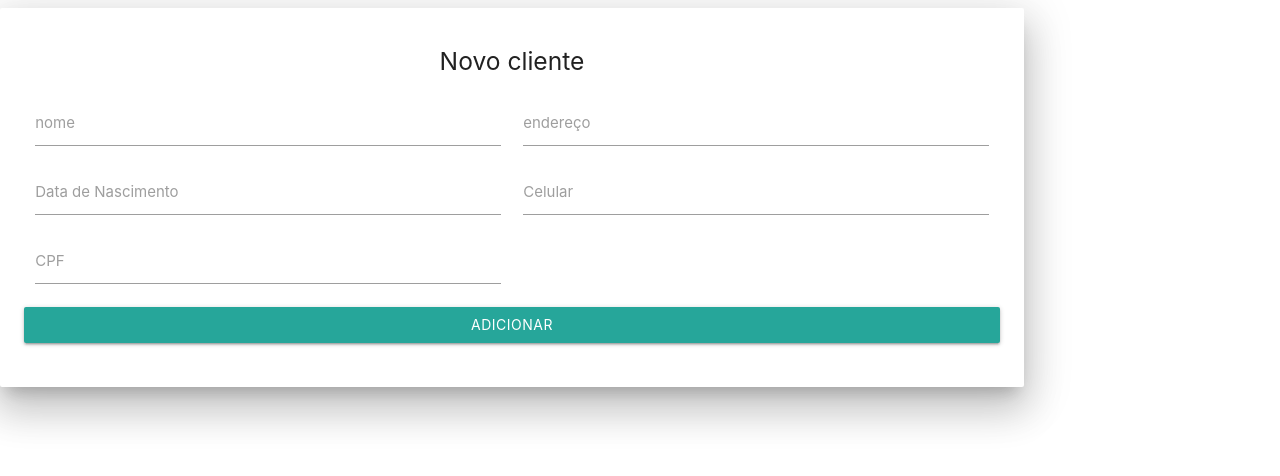
Repository: luizasilveira/TechWeb
Page: Projeto1/techWebP1/WebContent/add.html
These files come from the project's save history. The page is drawn as it stood at one moment and after the next save; the edit follows.
The browser window is 1280 px wide. The pictures show the whole page.

Above is the page before, as saved 2019-09-08 22:08:27.

### Projeto1/techWebP1/WebContent/add.html
<!DOCTYPE html>
<html>
<head>
<meta charset="ISO-8859-1">
<title>HOME</title>


<!--Import Google Icon Font-->
<link href="https://fonts.googleapis.com/icon?family=Material+Icons"
	rel="stylesheet">
<!--Import materialize.css-->
<link rel="stylesheet"
	href="https://cdnjs.cloudflare.com/ajax/libs/materialize/1.0.0/css/materialize.min.css">


<style>
body {
	background-color: white;
	width: 80%;

	align-items:center
}
</style>
</head>

<body>
	<form action="./AddClients" method="post">

		<div class="card-panel z-depth-5" >
		<h5 class="center">Novo cliente</h5>
			<div class="row">
				<div class="col s6">

					<!--<p class="center">Join to our community now !</p>-->


					<div class="input-field">
						<input type="text" name="nome"> <label>nome</label>
					</div>

					<!--<i class="material-icons prefix">account_circle</i>-->



					<!--<div class="input-field">
                    <i class="material-icons prefix">email</i
                    <input type="email" name="email" class="validate">
                    <label> email</label>
                  </div>-->

					<div class="input-field">
						<!--<i class="material-icons prefix">lock</i>-->
						<input type="text" name="nascimento"> <label>Data
							de Nascimento</label>
					</div>

					<div class="input-field">
						<!--<i class="material-icons prefix">vpn_key</i>-->
						<input type="text" name="CPF"> <label>CPF</label>
					</div>
				</div>

				<div class="col s6">
					<div class="input-field">
						<!--<i class="material-icons prefix">vpn_key</i>-->
						<input type="text" name="endereço"> <label>endereço</label>
					</div>

					<div class="input-field">
						<!--<i class="material-icons prefix">vpn_key</i>-->
						<input type="text" name="celular"> <label>Celular</label>
					</div>
				</div>


				<!--<p class="right">Already have an account? <a href="#login" class="modal-trigger">login</a></p>-->
				<input type="submit" name="submit" value="Adicionar"
					class="btn left col s12">

				<div class="clearfix"></div>

			</div>
		</div>
	</form>



	<script src="https://code.jquery.com/jquery-1.12.0.min.js"></script>
	<script
		src="https://cdnjs.cloudflare.com/ajax/libs/materialize/1.0.0/js/materialize.min.js"></script>





</body>
</html>

After the next save:
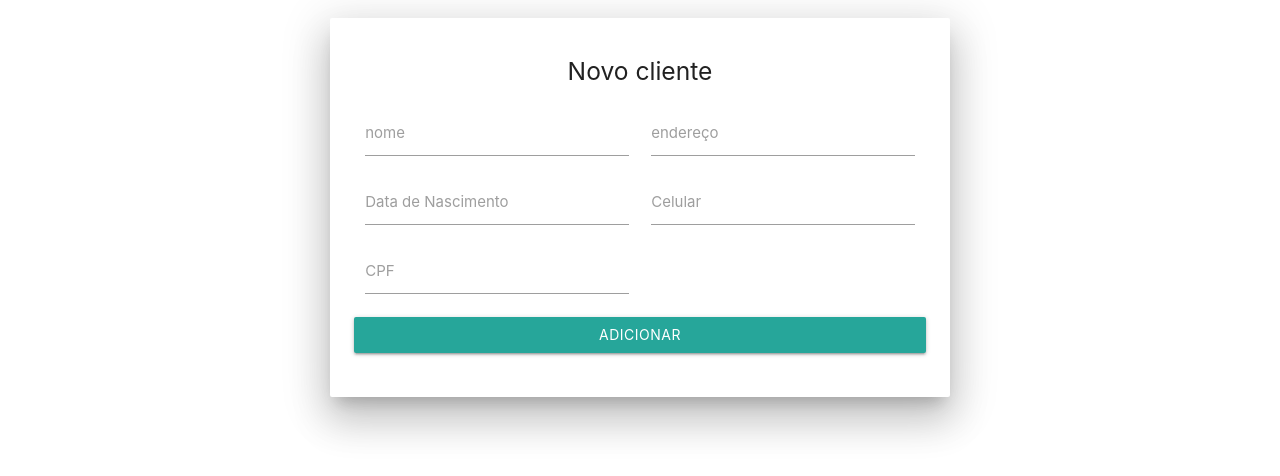
Saved 98 s later.
--- a/Projeto1/techWebP1/WebContent/add.html
+++ b/Projeto1/techWebP1/WebContent/add.html
@@ -16,9 +16,10 @@
 <style>
 body {
 	background-color: white;
-	width: 80%;
-
-	align-items:center
+  width: 50%;
+  margin: auto;
+  padding: 10px;
+  text-align: center;
 }
 </style>
 </head>
